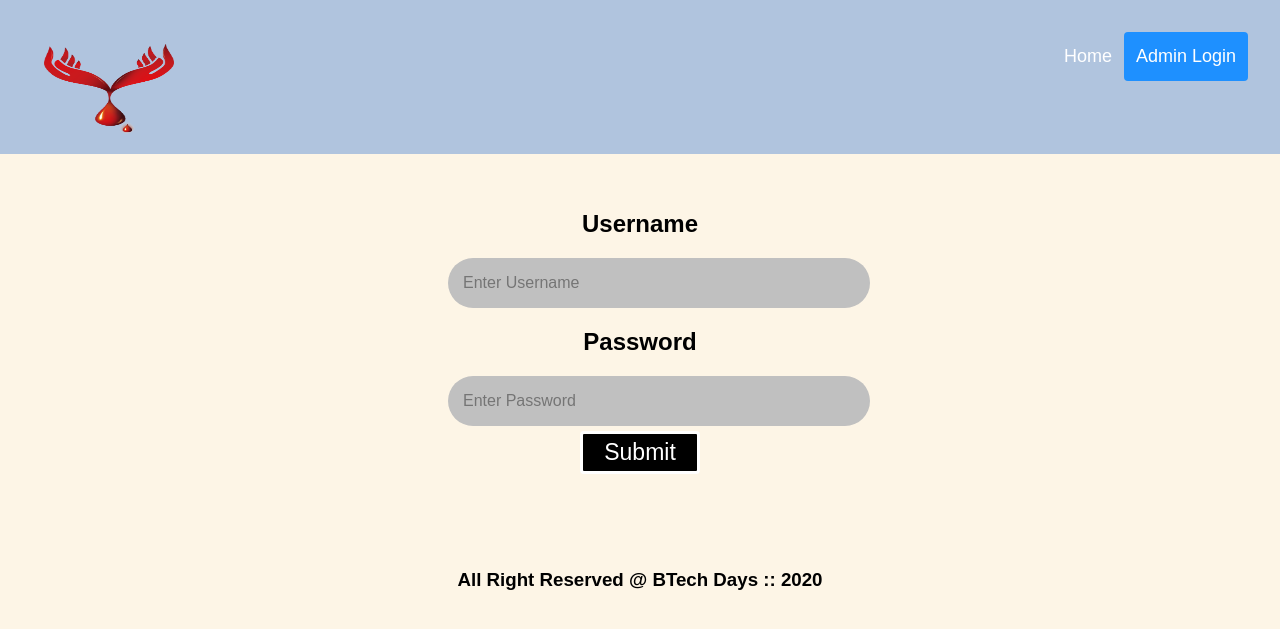
Repository: Tejas-2408/Blood-Bank-Management
Page: http://localhost/Blood_Bank_Management_System/adminLogin.jsp
The author's editor kept a copy of each file at every save. The page is drawn from the files as they stood at one save, then again after the next save.
The browser window is 1280 px wide. The pictures show the whole page.
The page is served by Tomcat 9.

Above is the page before, as saved 2022-06-03 13:48:42.

After the next save:
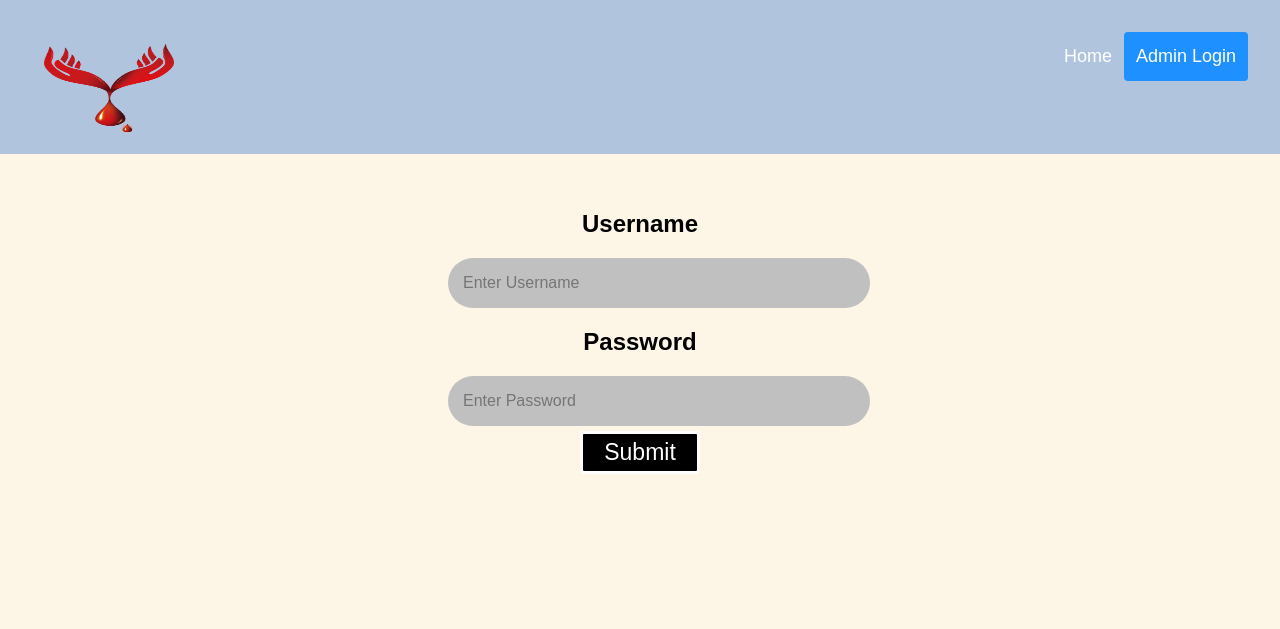
Saved 16 s later.
--- a/Blood Bank Management System/src/main/webapp/adminLogin.jsp
+++ b/Blood Bank Management System/src/main/webapp/adminLogin.jsp
@@ -46,6 +46,5 @@ input[type="text"], input[type="password"], input[type="submit"]
 <br>
 <br>
 <br>
-<h3><center>All Right Reserved @ BTech Days :: 2020  </center></h3>
 </body>
 </html>
